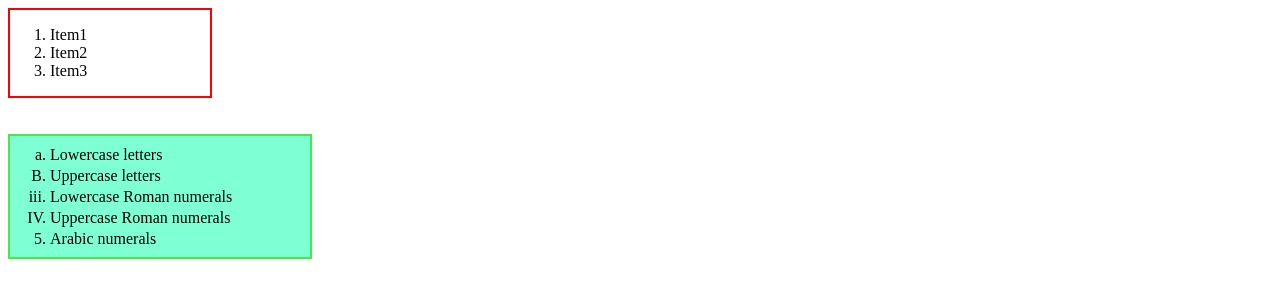
Repository: Tan-Khang21/TH_TKW--Buoi_01
Page: Buoi_01/Bt_ve_nha/BT_01/main.html
The author's editor kept a copy of each file at every save. The page is drawn from the files as they stood at one save, then again after the next save.
The browser window is 1280 px wide. The pictures show the whole page.

Above is the page before, as saved 2024-01-22 16:59:17.

### Buoi_01/Bt_ve_nha/BT_01/main.html
<!DOCTYPE html>
<html lang="en">
<head>
    <meta charset="UTF-8">
    <meta name="viewport" content="width=device-width, initial-scale=1.0">
    <title>Document</title>
    <link rel="stylesheet" href="style.css">
</head>
<body>
    <div class="red">
        <ol>
            <li>Item1</li>
            <li>Item2</li>
            <li>Item3</li>
        </ol>
    </div>
    <br><br>
    <div class="green">
        <ol type="a">
            <li>Lowercase letters</li>
        </ol>
        <ol type="A" start="2">
            <li>Uppercase letters</li>
        </ol>
        <ol type="i" start="3">
            <li>Lowercase Roman numerals</li>
        </ol>
        <ol type="I" start="4">
            <li>Uppercase Roman numerals</li>
        </ol>
        <ol start="5">
            <li>Arabic numerals</li>
        </ol>
    </div>
</body>
</html>

### Buoi_01/Bt_ve_nha/BT_01/style.css
.red{
    width: 200px;
    border: 2px solid red;
}
.green{
    line-height: 5px;
    width: 300px;
    border:2px solid rgb(69, 235, 69);
    background-color: aquamarine;
}

After the next save:
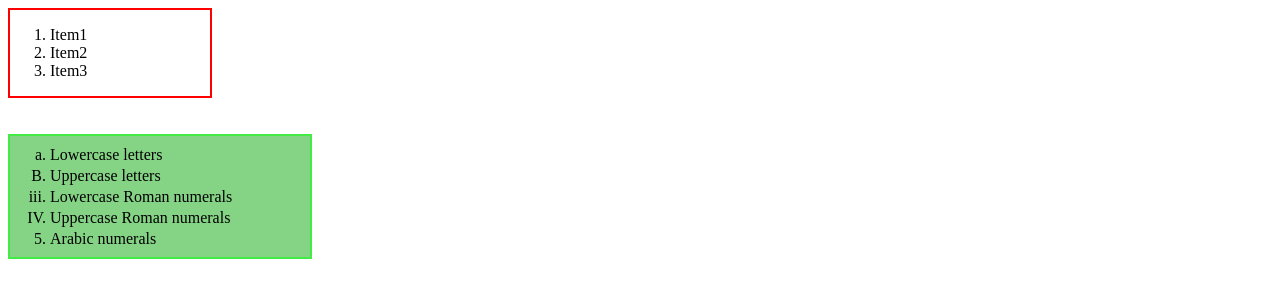
Saved 23 s later.
--- a/Buoi_01/Bt_ve_nha/BT_01/style.css
+++ b/Buoi_01/Bt_ve_nha/BT_01/style.css
@@ -6,5 +6,5 @@
     line-height: 5px;
     width: 300px;
     border:2px solid rgb(69, 235, 69);
-    background-color: aquamarine;
+    background-color: rgb(133, 212, 133);
 }
